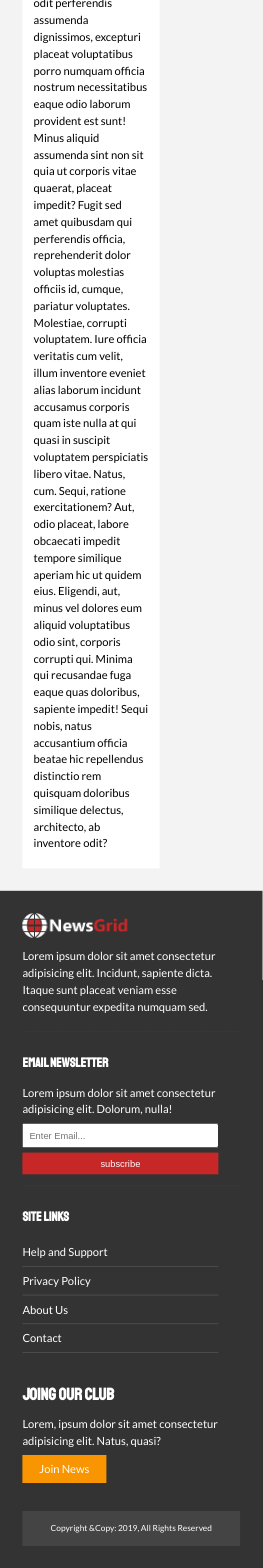
Repository: EswinGiova/NewsGrid
Page: article.html
An editor plug-in stored every save of this project. The page is shown before and after the next save, followed by the edit.
The browser window is 375 px wide. The pictures show the part of the page from y = 1142 to 3382 px (the page is 3382 px tall before and 3350 px after), at 70% of full size.
Some web libraries are served in a nearby version.

Above is the page before, as saved 2020-09-21 18:19:25.

### article.html
<!DOCTYPE html>
<html lang="en">
  <head>
    <meta charset="UTF-8" />
    <meta name="viewport" content="width=device-width, initial-scale=1.0" />
    <link rel="shortcut icon" type="image/x-icon" href="favicon.ico" />
    <link
      href="https://fonts.googleapis.com/css2?family=Lato&family=Staatliches&display=swap"
      rel="stylesheet"
    />
    <link rel="stylesheet" href="./css/style.css" />
    <link
      rel="stylesheet"
      media="screen and (max-width: 768px)"
      href="./css/mobile.css"
    />

    <link
      rel="stylesheet"
      href="https://cdnjs.cloudflare.com/ajax/libs/font-awesome/5.14.0/css/all.min.css"
      integrity="sha512-1PKOgIY59xJ8Co8+NE6FZ+LOAZKjy+KY8iq0G4B3CyeY6wYHN3yt9PW0XpSriVlkMXe40PTKnXrLnZ9+fkDaog=="
      crossorigin="anonymous"
    />

    <title>NewsGrid | Latest News</title>
  </head>
  <body>
    <nav id="main-nav">
      <div class="container">
        <img src="./image_resources/logo.png" alt="" class="logo" />
        <div class="social">
          <a href="#" target="_blank"><i class="fab fa-facebook fa-2x"></i></a>
          <a href="#" target="_blank"><i class="fab fa-twitter fa-2x"></i></a>
          <a href="#" target="_blank"><i class="fab fa-instagram fa-2x"></i></a>
          <a href="#" target="_blank"><i class="fab fa-youtube fa-2x"></i></a>
        </div>
        <ul>
          <li><a href="./index.html">Home</a></li>
          <li><a href="./about.html">About </a></li>
        </ul>
      </div>
    </nav>

    <section id="article">
      <div class="container">
        <div class="page-container">
          <article class="card">
            <img src="./image_resources/articles/ent1.jpg" alt="" />
            <h1 class="l-heading">Lorem ipsum dolor sit amet.</h1>
            <div class="meta">
              <small>
                <i class="fas fa-user">Written By Joe Doe Juanry 12, 2019</i>
              </small>
              <div class="category category-ent">Entertainment</div>
            </div>
            <p>
              Lorem ipsum dolor sit amet consectetur adipisicing elit. Culpa
              velit nesciunt ut accusamus consectetur autem voluptate aut hic.
              Explicabo magni quasi nam esse placeat veniam eum quod consequatur
              quisquam provident, blanditiis, non id harum, a totam odio
              eligendi molestias enim. Odit, quibusdam at. Natus alias aut
              officia vitae pariatur aliquid eius placeat delectus, doloribus
              est!
            </p>
            <p>
              Lorem ipsum dolor sit amet consectetur adipisicing elit. Magnam
              minima optio, rerum earum, tempora velit expedita nesciunt odit
              perferendis assumenda dignissimos, excepturi placeat voluptatibus
              porro numquam officia nostrum necessitatibus eaque odio laborum
              provident est sunt! Minus aliquid assumenda sint non sit quia ut
              corporis vitae quaerat, placeat impedit? Fugit sed amet quibusdam
              qui perferendis officia, reprehenderit dolor voluptas molestias
              officiis id, cumque, pariatur voluptates. Molestiae, corrupti
              voluptatem. Iure officia veritatis cum velit, illum inventore
              eveniet alias laborum incidunt accusamus corporis quam iste nulla
              at qui quasi in suscipit voluptatem perspiciatis libero vitae.
              Natus, cum. Sequi, ratione exercitationem? Aut, odio placeat,
              labore obcaecati impedit tempore similique aperiam hic ut quidem
              eius. Eligendi, aut, minus vel dolores eum aliquid voluptatibus
              odio sint, corporis corrupti qui. Minima qui recusandae fuga eaque
              quas doloribus, sapiente impedit! Sequi nobis, natus accusantium
              officia beatae hic repellendus distinctio rem quisquam doloribus
              similique delectus, architecto, ab inventore odit?
            </p>
          </article>
          <aside id="categories" class="card">
            <h2>
              categories
              <ul class="list">
                <li>
                  <a href="#"><i class="fas fa-chevron-right"></i> sports </a>
                </li>
                <li>
                  <a href="#"
                    ><i class="fas fa-chevron-right"></i> Entertainment
                  </a>
                </li>
                <li>
                  <a href="#"
                    ><i class="fas fa-chevron-right"></i> Technology
                  </a>
                </li>
                <li>
                  <a href="#"><i class="fas fa-chevron-right"></i> Fashion </a>
                </li>
                <li>
                  <a href="#"><i class="fas fa-chevron-right"></i> Shopping </a>
                </li>
              </ul>
            </h2>
          </aside>
          <aside class="card bg-secondary">
            <h2>Join Our Club</h2>
            <p>
              Lorem ipsum dolor sit amet consectetur, adipisicing elit. Odio,
              corrupti sapiente!
            </p>
            <a href="#" class="btn btn-dark btn-block">Joing Now</a>
          </aside>
        </div>
      </div>
    </section>

    <!-- footer -->
    <footer id="main-footer" class="py-2">
      <div class="container footer-container">
        <div>
          <img src="./image_resources/logo_light.png" alt="news" />
          <p>
            Lorem ipsum dolor sit amet consectetur adipisicing elit. Incidunt,
            sapiente dicta. Itaque sunt placeat veniam esse consequuntur
            expedita numquam sed.
          </p>
        </div>
        <div>
          <h3>Email Newsletter</h3>
          <p>
            Lorem ipsum dolor sit amet consectetur adipisicing elit. Dolorum,
            nulla!
          </p>
          <form>
            <input type="email" placeholder="Enter Email..." />
            <input type="submit" value="subscribe" class="btn btn-primary" />
          </form>
        </div>
        <div>
          <h3>Site Links</h3>
          <ul class="list">
            <li><a href="#">Help and Support</a></li>
            <li><a href="#">Privacy Policy</a></li>
            <li><a href="#">About Us</a></li>
            <li><a href="#">Contact</a></li>
          </ul>
        </div>
        <div>
          <h2>Joing Our CLub</h2>
          <p>
            Lorem, ipsum dolor sit amet consectetur adipisicing elit. Natus,
            quasi?
          </p>
          <a href="#" class="btn btn-secondary">Join News</a>
        </div>
        <div>
          <p>Copyright &Copy: 2019, All Rights Reserved</p>
        </div>
      </div>
    </footer>
  </body>
</html>

### css/style.css
:root {
  --primary-color: #c72727;
  --secondary-color: #f99500;
  --light-color: #f3f3f3;
  --dark-color: #333;
  --max-width: 1100px;
}

.category {
  --sports-color: #f99500;
  --ent-color: #a66bbe;
  --tech-color: #009cff;
}
* {
  margin: 0;
  padding: 0;
  box-sizing: border-box;
}
body {
  font-family: 'Lato', sans-serif !important;
  line-height: 1.5;
  background: var(--light-color);
}

a {
  color: var(--dark-color);
  text-decoration: none;
}

ul {
  list-style: none;
}
p {
  margin: 0.5rem 0;
}

img {
  width: 100%;
}

h1,
h2,
h3,
h4,
h5,
h6 {
  font-family: 'Staatliches', cursive;
  margin-bottom: 0.55rem;
  line-height: 2.6rem;
}

/*  utility class */

.container {
  max-width: var(--max-width);
  margin: auto;
  padding: 0 2rem;
  overflow: hidden;
}

/* category */

.category {
  display: inline-block;
  color: #fff;
  font-size: 0.55rem;
  text-transform: uppercase;
  padding: 0.4rem 0.6rem;
  border-radius: 15px;
  margin-bottom: 0.5rem;
}

.category-sports {
  background: var(--sports-color);
}
.category-ent {
  background: var(--ent-color);
}
.category-tech {
  background: var(--tech-color);
}

/* btn */

.btn {
  display: inline-block;
  border: none;
  background: var(--dark-color);
  color: #fff;
  padding: 0.5rem 1.5rem;
}

.btn-light {
  background: var(--light-color);
}
.btn-primary {
  background: var(--primary-color);
}
.btn-secondary {
  background: var(--secondary-color);
}
.btn:hover {
  opacity: 0.8;
}

.btn-block {
  display: block;
  width: 100%;
  text-align: center;
}

/* cards */

.card {
  background: white;
  padding: 1rem;
}

.bg-dark {
  background: var(--dark-color);
  color: white;
}
.bg-primary {
  background: var(--primary-color);
  color: white;
}
.bg-secondary {
  background: var(--secondary-color);
  color: #fff;
}
.py-1 {
  padding: 1.5rem 0;
}
.py-2 {
  padding: 2rem 0;
}
.py-3 {
  padding: 3rem 0;
}
.p-1 {
  padding: 1.5rem;
}
.p-2 {
  padding: 2rem;
}
.p-3 {
  padding: 3rem;
}

.l-heading {
  font-size: 3rem;
}

.bg-dark h1,
.bg-dark h2,
.bg-dark h3,
.bg-dark a,
.bg-primary h1,
.bg-primary h2,
.bg-primary h3,
.bg-primary a,
.bg-secondary h1,
.bg-secondary h2,
.bg-secondary h3,
.bg-secondary a {
  color: #fff;
}

.list li {
  padding: 0.5rem 0;
  border-bottom: 1px solid #555;
  width: 90%;
}
.list li a:hover {
  color: var(--primary-color) !important;
}

/* inner page container */
.page-container {
  display: grid;
  grid-template-columns: 5fr 2fr;
  margin: 2rem 0;
  grid-gap: 1.5rem;
}
.page-container > *:first-child {
  grid-row: 1 / span 3;
}

/* Navigation */
#main-nav {
  background: #fff;
  position: sticky;
  top: 0;
  z-index: 2;
}

#main-nav .container {
  display: grid;
  grid-template-columns: 6fr 3fr 2fr;
  padding: 1rem;
  align-items: center;
}

#main-nav .logo {
  width: 180px;
}

#main-nav ul {
  display: flex;
  justify-self: end;
}

#main-nav ul li a {
  padding: 0.77rem;
  font-weight: bold;
}

#main-nav ul li .current {
  background: var(--primary-color);
  color: white;
}

#main-nav ul li .current:hover {
  background: var(--light-color);
  color: var(--dark-color);
}
#main-nav .social {
  justify-self: center;
}

#main-nav .social i {
  color: #777;
  margin-left: 0.5rem;
}

/* showcase */
#showcase {
  background: #333;
  color: #fff;
  position: relative;
}

#showcase:before {
  content: '';
  background: url('../image_resources/featured.jpg') center center/cover;
  position: absolute;
  top: 0;
  left: 0;
  width: 100%;
  height: 100%;
  opacity: 0.4;
}
#showcase .showcase-container {
  height: 50vh;
  display: grid;
  grid-template-columns: repeat(2, 1fr);
  justify-content: center;
  align-content: center;
}
#showcase .showcase-container .showcase-content {
  z-index: 2;
  text-align: justify;
}
#showcase .showcase-container .showcase-content p {
  margin: 1rem 0;
}
/* Home Articles  */

#home-articles .articles-container {
  display: grid;
  grid-template-columns: repeat(3, 1fr);
  grid-gap: 1rem;
}

#home-articles .articles-container > *:first-child,
#home-articles .articles-container > *:last-child {
  display: grid;
  grid-template-columns: repeat(2, 1fr);
  grid-column: 1 / span 2;
  grid-gap: 1rem;
  align-items: center;
}
#home-articles .articles-container > *:last-child {
  grid-column: 2 / span 2;
}

#article .meta {
  display: flex;
  justify-content: space-between;

  align-items: center;
  background: #eee;
  padding: 0.5rem;
}

#article .meta .category {
  margin-top: 0.4rem;
}

/* footer */
#main-footer {
  background: var(--dark-color);
  color: #fff;
}

#main-footer img {
  width: 150px;
}

#main-footer a {
  color: #fff;
}

#main-footer .footer-container {
  display: grid;
  grid-template-columns: repeat(4, 1fr);
  grid-gap: 1.5rem;
}

#main-footer .footer-container > *:last-child {
  grid-column: 1 / span 4;
  text-align: center;
  background: #444;

  font-size: 0.75rem;
  padding: 0.5rem;
}

#main-footer .footer-container input[type='email'] {
  width: 90%;
  padding: 0.5rem;
  margin-bottom: 0.4rem;
}

#main-footer .footer-container input[type='submit'] {
  width: 90%;
}

/* about our page  */

### css/mobile.css
/* Navigation  */
#main-nav .social {
  display: none;
}

#main-nav .container {
  grid-template-columns: 1fr;
  grid-gap: 1.2rem;
}

#main-nav ul,
#main-nav .logo {
  justify-self: center;
}

#main-nav ul li a {
  padding: 0.5rem;
}
#home-articles .articles-container {
  grid-template-columns: repeat(2, 1fr);
}
#home-articles .articles-container > *:first-child,
#home-articles .articles-container > *:last-child {
  grid-template-columns: 1fr;
  grid-column: 1;
}
@media (max-width: 600px) {
  /* stack grid items */

  #showcase .showcase-container,
  #home-articles .articles-container,
  #main-footer .footer-container {
    grid-template-columns: 1fr;
  }

  #main-footer .footer-container > *:last-child {
    grid-column: 1;
  }

  #main-footer .footer-container > * {
    border-bottom: #444 dotted 1px;
    padding-bottom: 1rem;
  }
  #main-footer .footer-container > *:last-child,
  #main-footer .footer-container > *:nth-child(3),
  #main-footer .footer-container > *:nth-child(4) {
    border: none;
  }
}

After the next save:
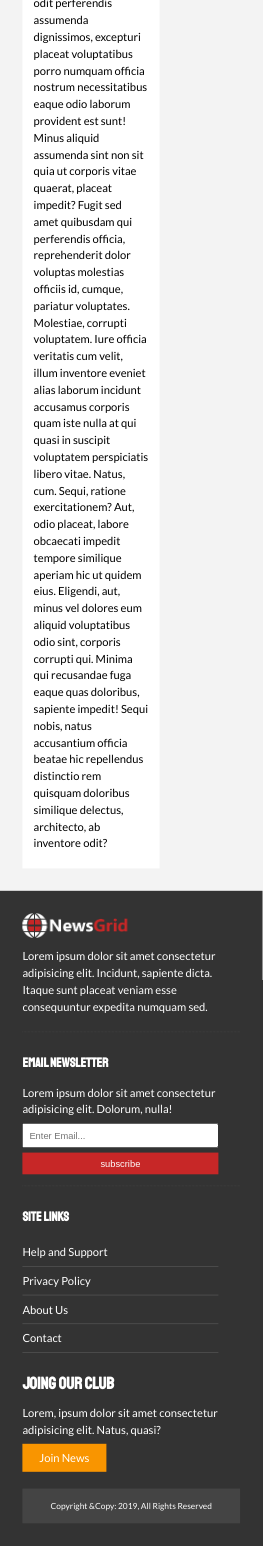
Saved 101 s later.
--- a/css/mobile.css
+++ b/css/mobile.css
@@ -37,13 +37,9 @@
     grid-column: 1;
   }
 
-  #main-footer .footer-container > * {
+  #main-footer .footer-container > *:first-child,
+  #main-footer .footer-container > *:nth-child(2) {
     border-bottom: #444 dotted 1px;
     padding-bottom: 1rem;
   }
-  #main-footer .footer-container > *:last-child,
-  #main-footer .footer-container > *:nth-child(3),
-  #main-footer .footer-container > *:nth-child(4) {
-    border: none;
-  }
 }
